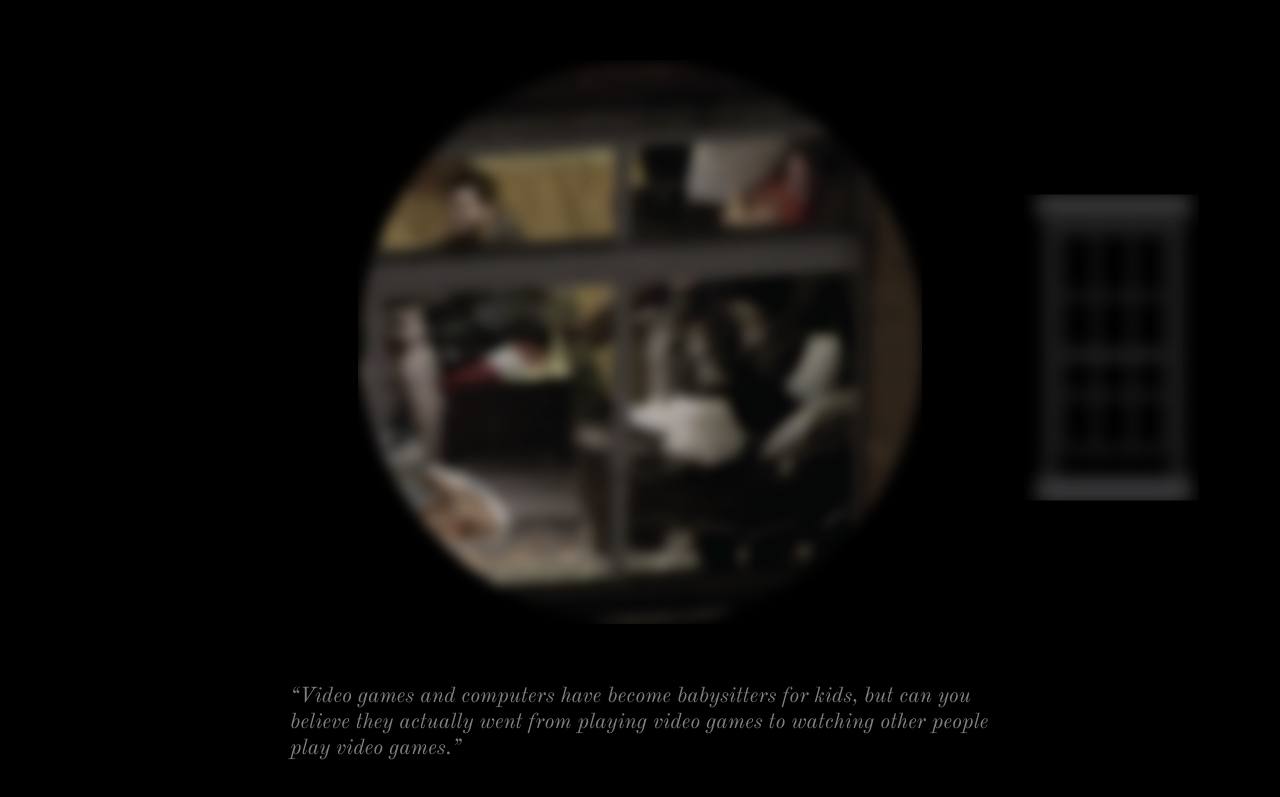
Repository: ConnyPinto/connypinto.github.io
Page: studio/space/final-space/room4.html
The author's editor kept a record of every edit. The page is drawn from the files as they stood at one moment, then again after the next edit.
The browser window is 1280 px wide. The pictures show the whole page.
Some web libraries are served in a nearby version.

Above is the page before.

### studio/space/final-space/room4.html
<html>

<head>
    <title>Space</title>
   <link href='//fonts.googleapis.com/css?family=Old+Standard+TT:400italic' rel='stylesheet' type='text/css'>
    <link rel="stylesheet" href="css/room.css" type="text/css" />
     <script src="//ajax.googleapis.com/ajax/libs/jquery/1.7.1/jquery.min.js"></script>
      <script src="javascript/room.js"></script>
</head>

<body>

          <a href="room5.html" class="right-window"
        style="background-image: url(images/grey-blur-05.png);
    background-repeat: no-repeat;
    transform: scale(1.2);
    width: 153px;
    height: 255px;
    display: block;
    float:right;
    margin-right:80px;
    margin-top:160px;"></a>


    <div class="content">



    <a href="#" class="lense" style="background-image: url(images/lense-004.png);"></a>



    <div class="quote">&ldquo;Video games and computers have become babysitters for kids, but can you believe they actually went from playing video games to watching other people play video games.&rdquo;</div>

    </div>

    <!-- <div class="eyes"><img src="images/i9lb4.gif"></div>  -->




</body>

</html>

### studio/space/final-space/css/room.css
body{
    background-color: black;
    font-family: 'Old Standard TT', serif;
    font-style: italic;
    margin-bottom:35px;
}

.lense {
    background-repeat: no-repeat;
    width: 564px;
    height:564px;
    display: block;
    font-size: 0;
    margin:0 auto;
    margin-bottom:60px;
    margin-top:60px;
}
.lense:hover {
    background-position: 0 -565px;
}


/*.lense{
    margin:0 auto;
    margin-top:80px;
    margin-bottom:114px;}*/


.right-window:hover {
    background-position: 0 -258px;
}

.left-window:hover {
    background-position: 0 -258px;
}



.content{
    width:700px;
    margin:0 auto;

}

.quote{
    color:grey;
    font-family: 'Old Standard TT', serif;
    display: block;
    margin-left: auto;
    margin-right: auto;
    margin-bottom:10px;
    font-size: 16pt;
    width:700px;


}

.eyes{

    position: relative;
   margin:0 auto;
   width:300px;

}

.sofa-button {
    background-image: url(../images/sofa-button.png);
    background-repeat: no-repeat;
    width: 212px;
    height: 67px;
    display: inline-block;
    font-size: 0;
    margin:60px;
    margin-bottom:-80px;

}
.sofa-button:hover {
    background-position: 0 -68px;
}


/*.sofa-button{
    margin:20px;
    margin-bottom:-70px;

}*/

### studio/space/final-space/javascript/room.js
$(document).ready(function () {
    $('body').click(function (e) {
        console.log(e);
        if (!$(e.target).is('a')) {
            window.location.href = 'window.html';
        }
    });
});

After the next edit:
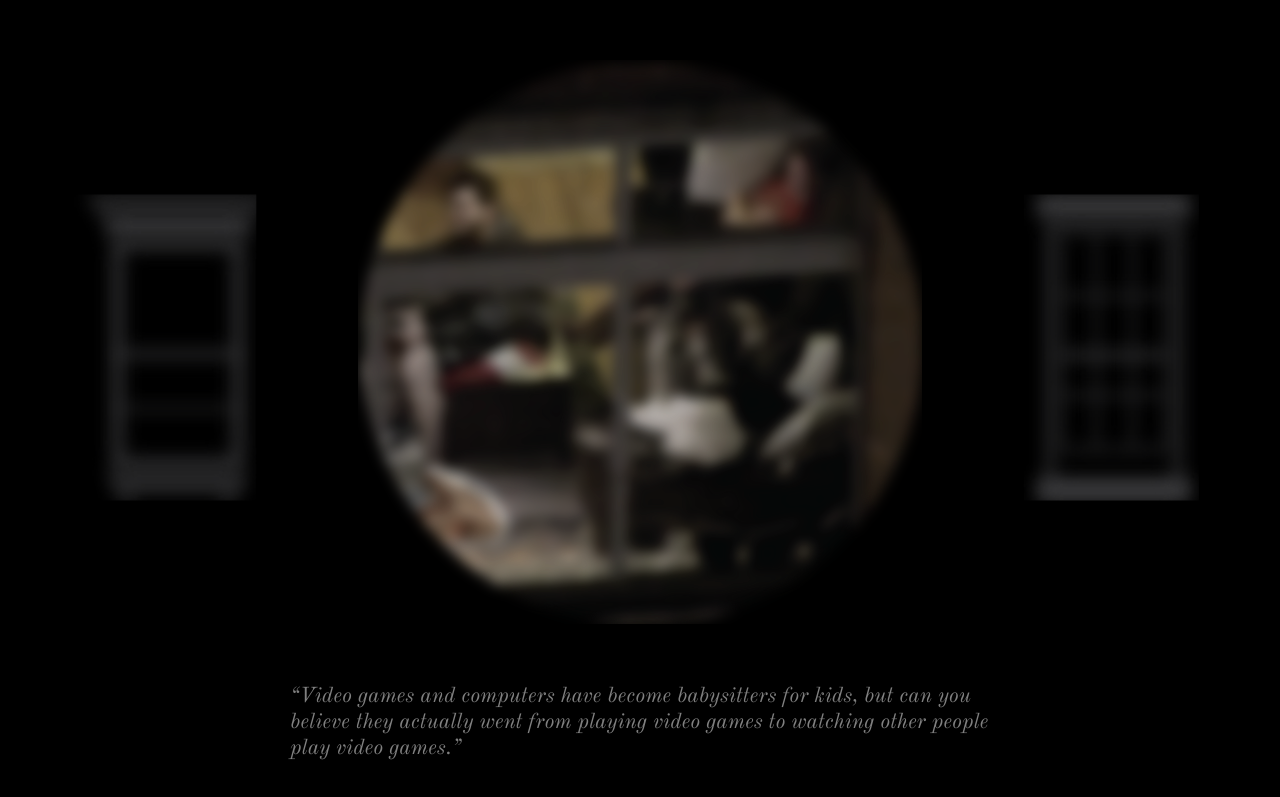
The edit:
--- a/studio/space/final-space/room4.html
+++ b/studio/space/final-space/room4.html
@@ -9,6 +9,17 @@
 </head>
 
 <body>
+
+        <a href="room3.html" class="left-window"
+        style="background-image: url(images/grey-blur-03.png);
+    background-repeat: no-repeat;
+    transform: scale(1.2);
+    width: 153px;
+    height: 255px;
+    display: block;
+    float:left;
+    margin-left:80px;
+    margin-top:160px;"></a>
 
           <a href="room5.html" class="right-window"
         style="background-image: url(images/grey-blur-05.png);
